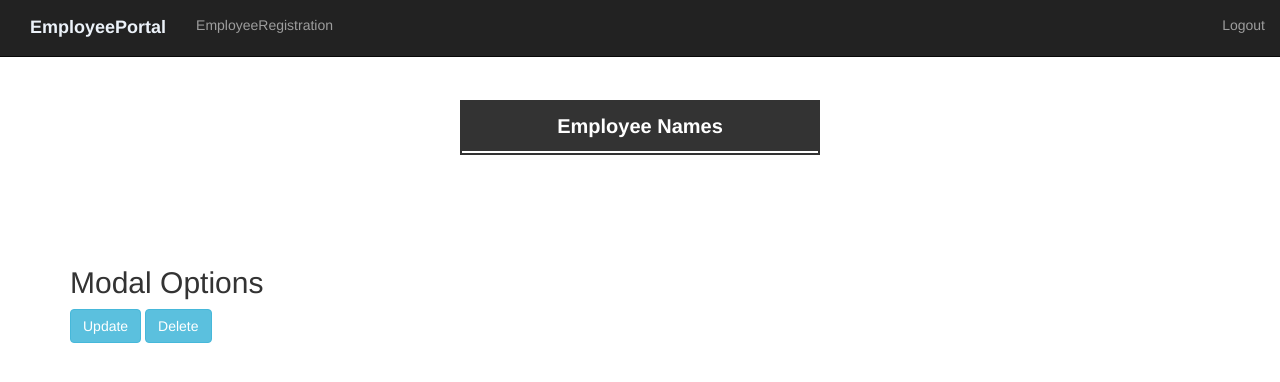
Repository: jagdishpatil18/JavaAdv
Page: http://localhost/EmployeePortal/EmployeeDetails
The author's editor kept a copy of each file at every save. The page is drawn from the files as they stood at one save, then again after the next save.
The browser window is 1280 px wide. The pictures show the whole page.
Some web libraries are served in a nearby version. The page is served by Tomcat 9. The session is filled in as if someone had signed in: {"userid": 1}. Queries for data that is not in the repository find no rows.

Above is the page before, as saved 2017-05-29 10:40:50.

After the next save:
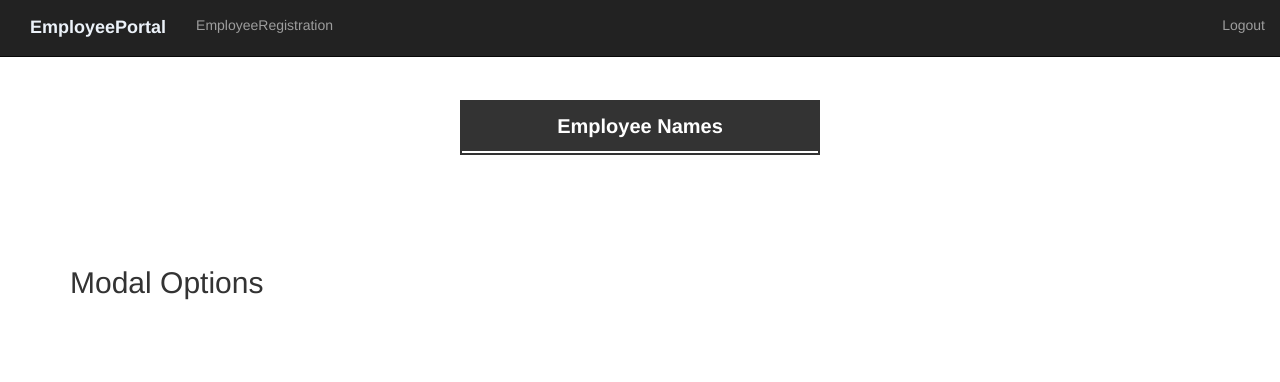
Saved 94 s later.
--- a/EmployeePortal/EmployeePortal/WebContent/EmployeeInfo.jsp
+++ b/EmployeePortal/EmployeePortal/WebContent/EmployeeInfo.jsp
@@ -218,8 +218,6 @@ padding: 8px 15px;
   <h2>Modal Options</h2>
 
   <!-- Trigger the modal with a button -->
-  <button type="button" class="btn btn-info btn-md" id="myBtn">Update</button>
-  <button type="button" class="btn btn-info btn-md" id="myBtn2">Delete</button>
 
   <!-- Modal -->
   <div class="modal fade" id="myModal" role="dialog">
